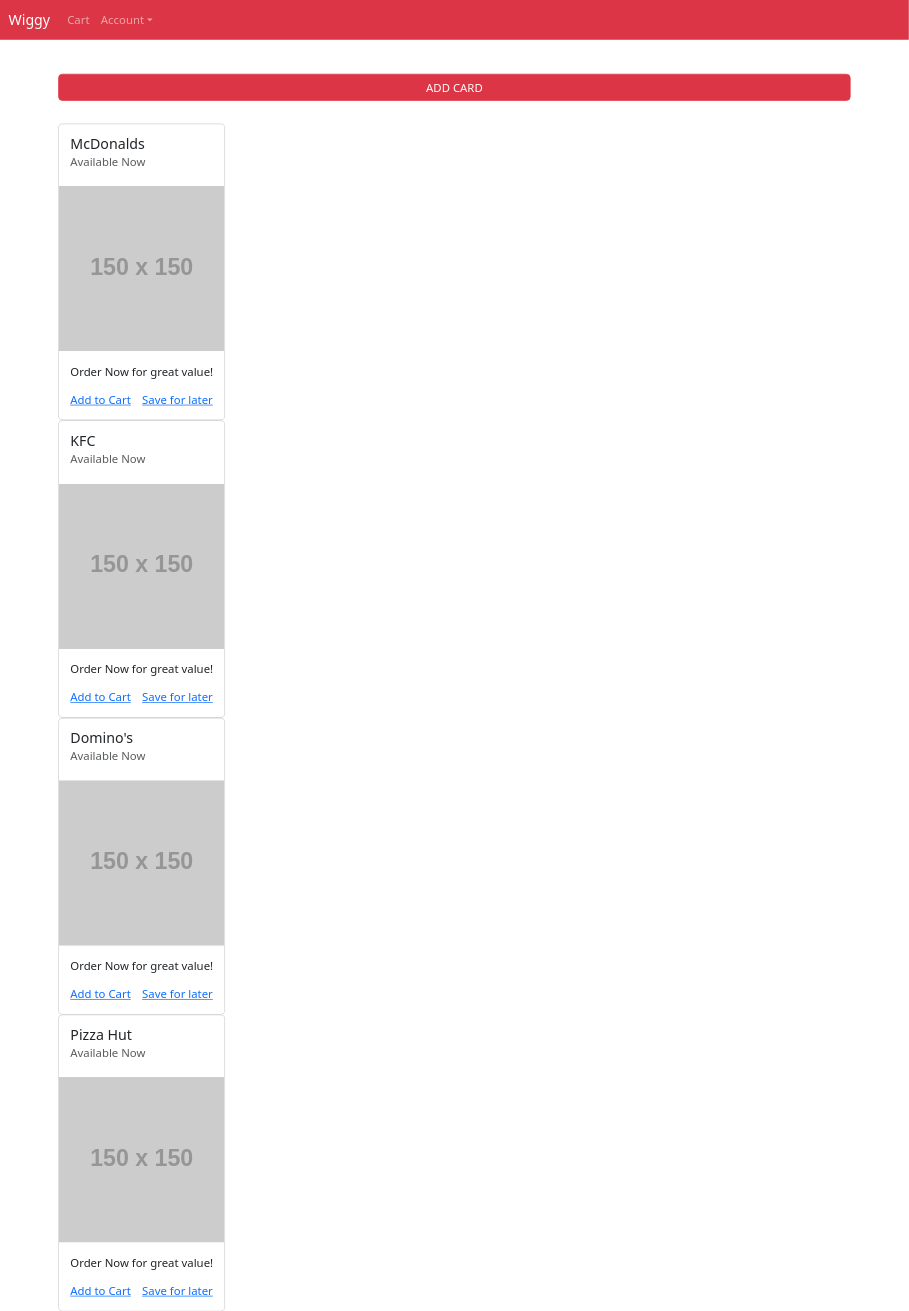
Repository: MohammadGulshan/wiggy
Page: / (app in client/)
An editor plug-in stored every save of this project. The page is shown before and after the next save, followed by the edit.
The browser window is 1280 px wide. The pictures show the whole page, at 71% of full size.
The project was rebuilt for these pictures with package versions that can differ from the ones it lists, and the page was loaded fresh each time. Also part of the build but not shown: client/src/App.css.

Above is the page before, as saved 2020-12-11 04:26:48.

After the next save:
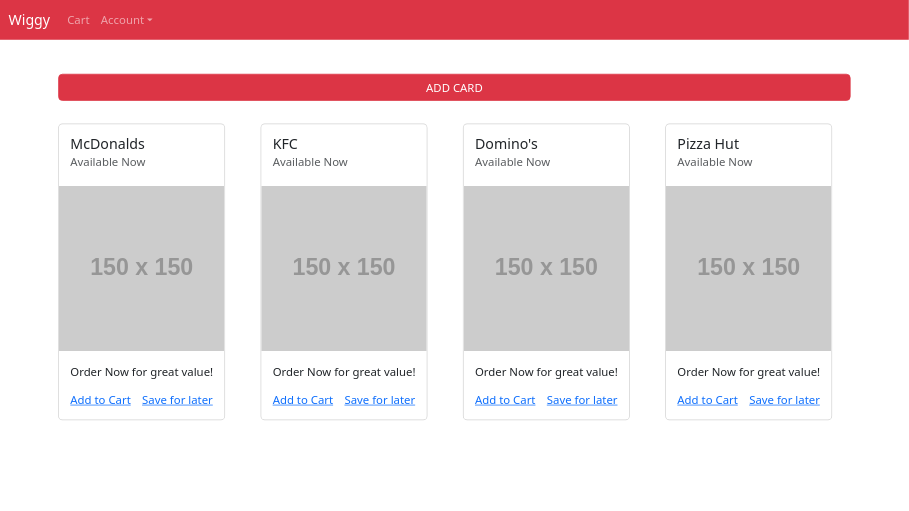
Saved 2 min 0 s later.
--- a/client/src/components/AppCards.js
+++ b/client/src/components/AppCards.js
@@ -31,34 +31,36 @@
                     ADD CARD
                 </Button>
 
-                <div className="display-flex">
-                {state.cards.map((value, id) => {
-                return (
-                    <CardGroup>
-                        <TransitionGroup className="cards">
-                            <CSSTransition key={id}
-                                timeout={500}
-                                classNames="fade"
-                            >
-                            <Card>
-                                <CardBody>
-                                    <CardTitle tag="h5">
-                                        {value.name}
-                                    </CardTitle>
-                                    <CardSubtitle tag="h6" className="mb-2 text-muted">Available Now</CardSubtitle>
-                                </CardBody>
-                                <img width="100%" src="https://via.placeholder.com/150" alt="Card Image" />
-                                <CardBody>
-                                    <CardText>Order Now for great value!</CardText>
-                                    <CardLink href="#">Add to Cart</CardLink>
-                                    <CardLink href="#">Save for later</CardLink>
-                                </CardBody>
-                            </Card>
-                            </CSSTransition>
-                        </TransitionGroup>
-                    </CardGroup>
-                    )
-                })}
+                <div className="row">
+                    {state.cards.map((value, id) => {
+                        return (
+                            <div className="col-md-3 col-xs-12">
+                                <CardGroup>
+                                    <TransitionGroup className="cards">
+                                        <CSSTransition key={id}
+                                            timeout={500}
+                                            classNames="fade"
+                                        >
+                                        <Card>
+                                            <CardBody>
+                                                <CardTitle tag="h5">
+                                                    {value.name}
+                                                </CardTitle>
+                                                <CardSubtitle tag="h6" className="mb-2 text-muted">Available Now</CardSubtitle>
+                                            </CardBody>
+                                            <img width="100%" src="https://via.placeholder.com/150" alt="Card Image" />
+                                            <CardBody>
+                                                <CardText>Order Now for great value!</CardText>
+                                                <CardLink href="#">Add to Cart</CardLink>
+                                                <CardLink href="#">Save for later</CardLink>
+                                            </CardBody>
+                                        </Card>
+                                        </CSSTransition>
+                                    </TransitionGroup>
+                                </CardGroup>
+                            </div>
+                        )
+                    })}
                 </div>
 
             </Container>
